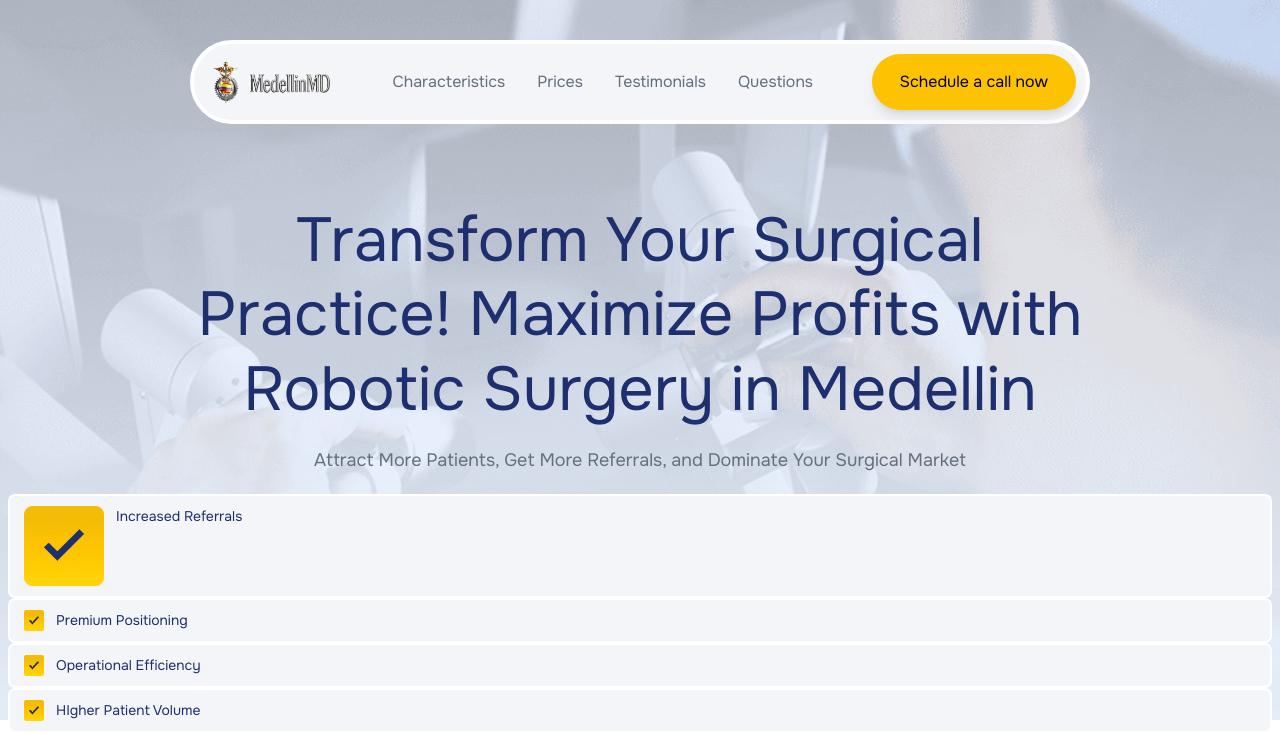
Repository: emmanueltech2019/cmd
Page: /home
These files come from the project's save history. The page is drawn as it stood at one moment and after the next save; the edit follows.
The browser window is 1280 px wide. The pictures show the whole page.
The project was rebuilt for these pictures with package versions that can differ from the ones it lists, and the page was loaded fresh each time. The framework's server and built-in components were replaced by stand-ins that run in the browser. Also part of the build but not shown: next.config.mjs.

Above is the page before, as saved 2025-05-15 16:14:27.

After the next save:
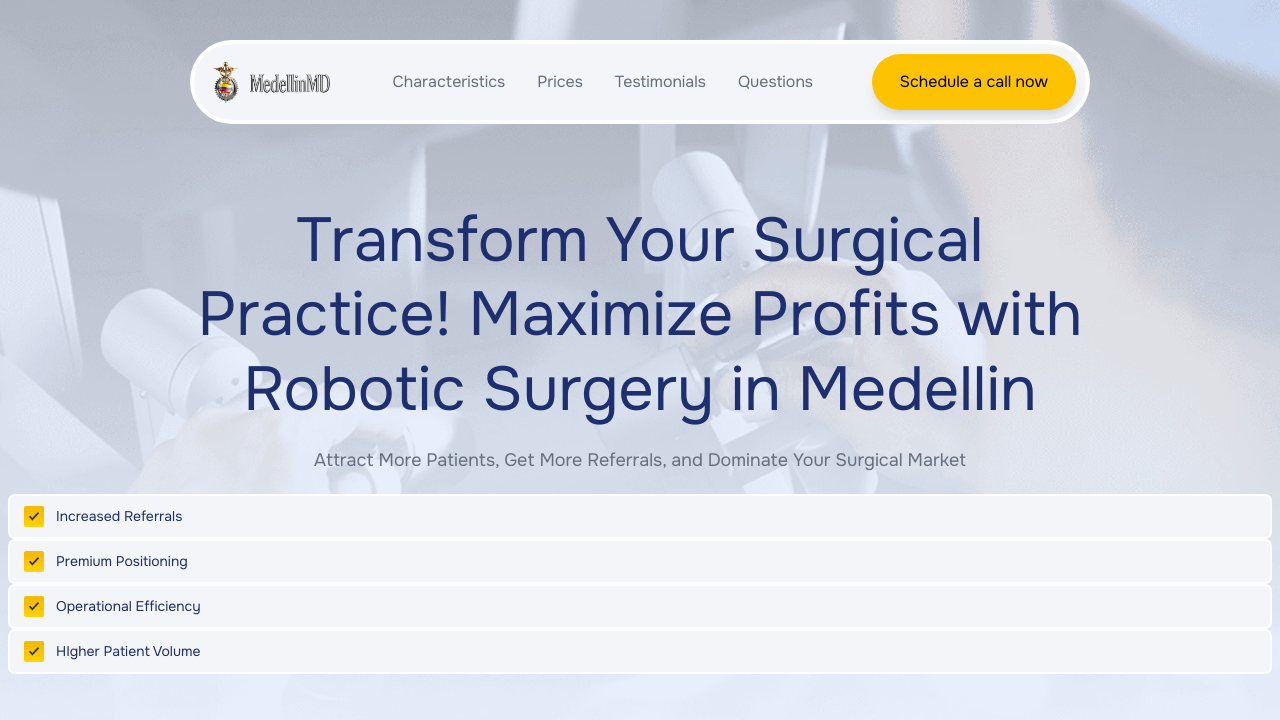
Saved 13 s later.
--- a/src/app/home/page.jsx
+++ b/src/app/home/page.jsx
@@ -46,7 +46,7 @@ const page = () => {
             <div className="whitespace-nowrap">
                 <SlideView>
                     <div className="flex gap-3">
-                        <Image src={medellinCheck} alt='medellin check' width={100} height={100} className='w-20' />
+                        <Image src={medellinCheck} alt='medellin check' width={100} height={100} className='w-5' />
                         Increased Referrals
                     </div>
                 </SlideView>
